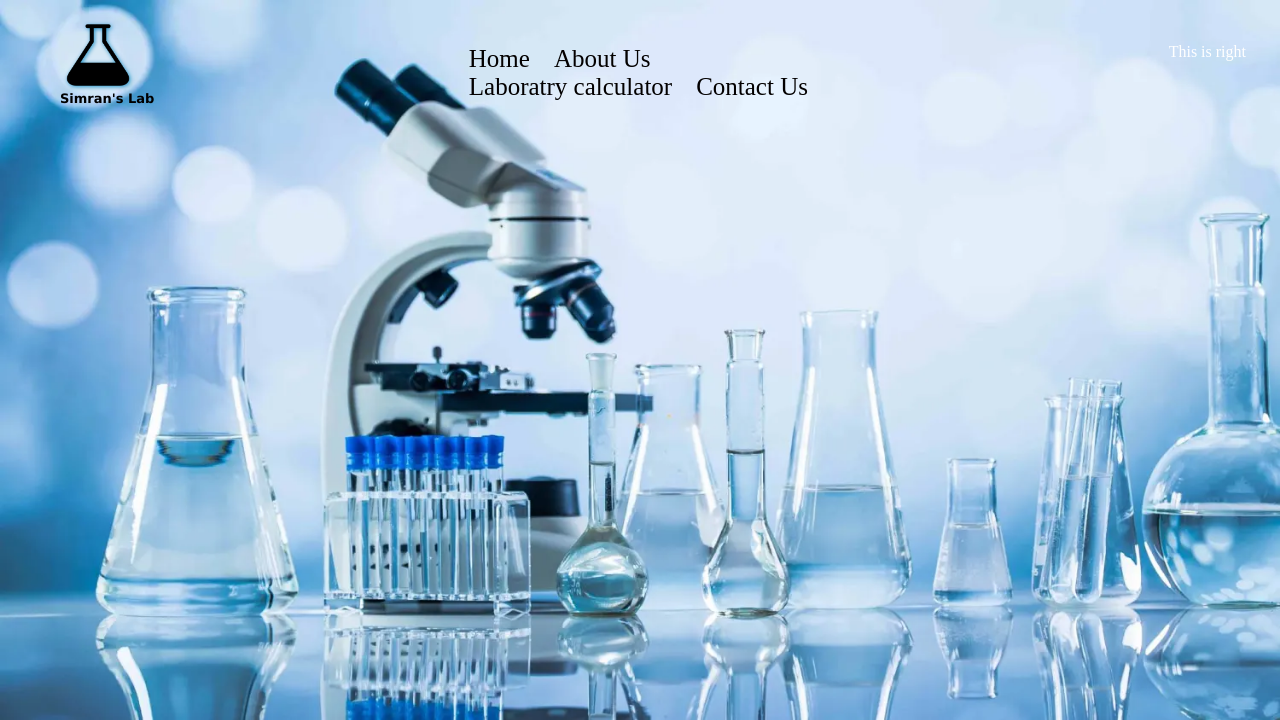
Repository: raisingh22/Simranlearning
Page: html css java/website/index.html
An editor plug-in stored every save of this project. The page is shown before and after the next save, followed by the edit.
The browser window is 1280 px wide. The pictures show the whole page.

Above is the page before, as saved 2024-01-01 18:52:05.

After the next save:
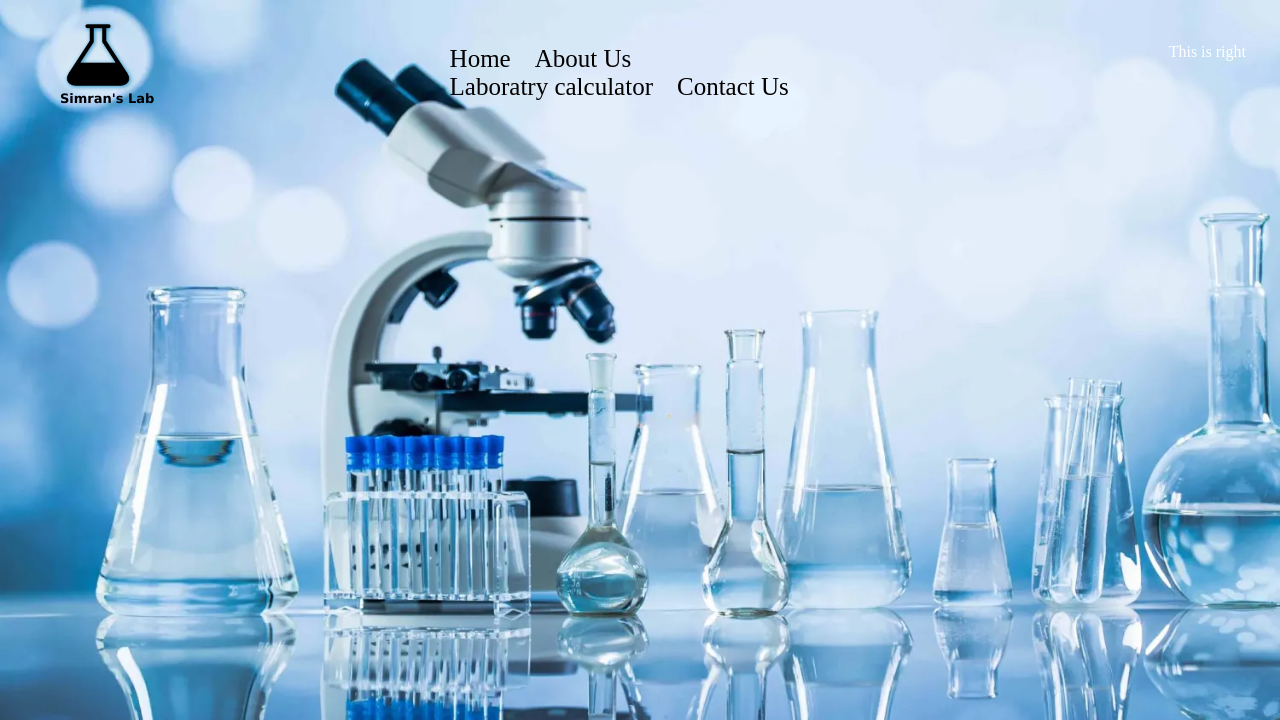
Saved 9 s later.
--- a/html css java/website/index.html
+++ b/html css java/website/index.html
@@ -41,7 +41,7 @@
     }
     .mid{
         display: block;
-        width: 33%;
+        width: 36%;
         margin: 29px auto;
         /* border: 2px solid #427e56; */
         /* background-color: #b7b1b164; */
